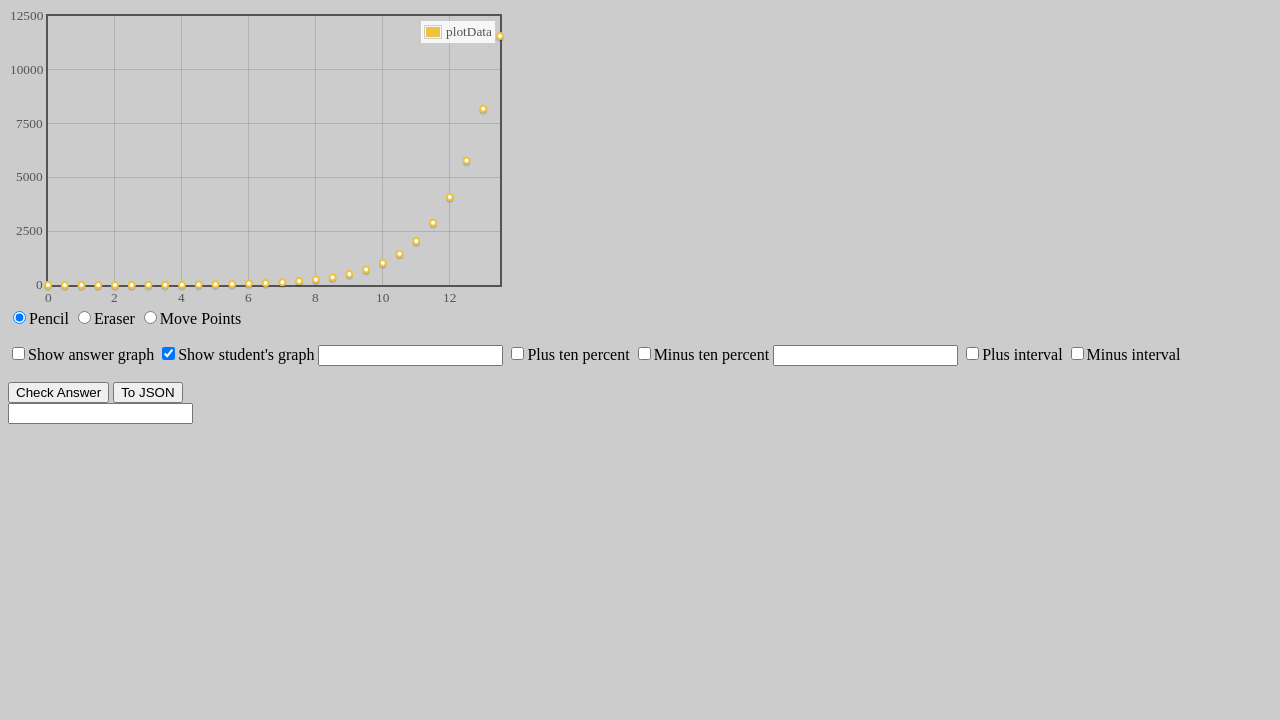
Repository: danmartelly/601autogradeGraphs
Page: flotSketching/test.html
These files come from the project's save history. The page is drawn as it stood at one moment and after the next save; the edit follows.
The browser window is 1280 px wide. The pictures show the whole page.

Above is the page before, as saved 2014-01-30 20:23:45.

### flotSketching/test.html
<html>
<head>
	<title>Let's try Flot</title>
	<link href="test.css" rel="stylesheet" type="text/css">
	<script type="text/javascript" src="flot/jquery.js"></script>
	<script type="text/javascript" src="flot/jquery.flot.js"></script>
	<script type="text/javascript" src="jquery.flot.drawing.js"></script>
	<script type="text/javascript" src="JSON.js"></script>
	<script type="text/javascript" src="test.js"></script>
</head>
<body>
	<div class="flotContainer">
		<div class="flotPlaceholder" style="width:500px;height:300px"></div>
		<form>
			<input class="flotPencilRadio" type="radio" checked="checked">Pencil
			<input class="flotEraserRadio" type="radio">Eraser
			<input class="flotMovePointRadio" type="radio">Move Points
		</form>
		<form id="showGraphs">
		<input id="answerCheckbox" type="checkbox" name="tool" value="answerGraph">Show answer graph
			<input id="studentCheckbox" type="checkbox" name="tool" value="studentGraph" checked="checked">Show student's graph
			<input id="percentAmount" type="text" name="tool">
			<input id="plusPercent" type="checkbox" name="tool" value="plusPercent">Plus ten percent
			<input id="minusPercent" type="checkbox" name="tool" value="minusPercent">Minus ten percent
			<input id="intervalAmount" type="text" name="tool">
			<input id="plusInterval" type="checkbox" name="tool" value="plusInterval">Plus interval
			<input id="minusInterval" type="checkbox" name="tool" value="minusInterval">Minus interval
		</form>
		<button id="compareButton" type="button">Check Answer</button>
		<button id="toJSON" type="button">To JSON</button>
		<div id="feedback">
		</div>
		<input type="text" id="jsonText">
	</div>


</body>
</html>

### flotSketching/test.css
body {
	background-color: #CCCCCC;
}

#content {
	width: 880px;
}

.demo-container {
	width: 700px;
	height: 350px;
}

.demo-placeholder {
	width: 100%;
	height: 100%;
}

### flotSketching/test.js
$(function() {
	function genericSin(x, amp, freq, xShift, offset) {
		return amp*Math.sin(2*Math.PI*freq*(x - xShift)) + offset;
	}
	function genericExp(x, initial, factor, timeConst, xShift, offset) {
		return initial*Math.pow(factor,((x-xShift)/timeConst)) + offset;
	}

	var answerData = {
		label: "answerData"
		, data: []
		, points: {show: true}
	};
	for (var i = 0; i < 14; i += 0.5) {
		answerData.data.push([i, genericExp(i, 1, 2, 1, 0, 0)]);
	}

	var plotData = {
		label: "plotData"
		, data: []
		, points: {show: true}
	};

	for (var i = 0; i < 14; i += 0.5) {
//		plotData.data.push([i, genericSin(i, 2.15452795, 0.99964759, 0.99957028, 0.04148915)]);
		plotData.data.push([i, genericExp(i, 4.1239, 1.907, .9314, 2.044, 0)]);
	}

	var studentData = {
		label: "studentData"
		, data: []
		, points: { show: true }
		, lines: { show: true }
	};
	var plot = null;

	var rePlot = function() {
		elements = $(".flotPlaceholder");
		elements.each(function () {

			var allData = [];
			if ($(this).find(".studentCheckbox").prop("checked")) {
				allData.push(studentData);
			}
			if ($(this).find(".answerCheckbox").prop("checked")) {
				allData.push(answerData);
			}
			allData.push(plotData);

			var percentage = parseFloat($(this).find(".percentAmount").val());
			if ($(this).find(".plusPercent").prop("checked")) {
				var change = 1 + percentage;
				var moreData = [];
				$.each(answerData.data, function(index, value) {
					moreData.push([value[0], value[1]*change]);
				});
				allData.push({
					label: "plusPercent"
					, data: moreData
				});
			}
			if ($(this).find(".minusPercent").prop("checked")) {
				var change = 1 - percentage;
				var moreData = [];
				$.each(answerData.data, function(index, value) {
					moreData.push([value[0], value[1]*change]);
				});
				allData.push({
					label: "minusPercent"
					, data: moreData
				});
			}
			var interval = parseFloat($(this).find(".intervalAmount").val(), 10);
			if ($(this).find(".plusInterval").prop("checked")) {
				var moreData = [];
				$.each(answerData.data, function(index, value) {
					moreData.push([value[0], value[1]+interval]);
				});
				allData.push({
					label: "plusInterval"
					, data: moreData
				});
			}
			if ($(this).find(".minusInterval").prop("checked")) {
				var moreData = [];
				$.each(answerData.data, function(index, value) {
					moreData.push([value[0], value[1]-interval]);
				});
				allData.push({
					label: "minusInterval"
					, data: moreData
				});
			}

			$(this).plot = $.plot($(this), allData, {});
		});
	};
	rePlot();
	console.log($(".flotPlaceholder")[0]);

	$("#placeholder").bind("plothover", function (event, pos, item) {
		//mouse position
		var str = "mouse: (" + pos.x.toFixed(2) + ", " + pos.y.toFixed(2) + ")";
		//check datapoint
		if (item) {
			var x = item.datapoint[0].toFixed(2),
				y = item.datapoint[1].toFixed(2);
			str += "\nData: (" + x + ", " + y + ")";
		}
		$("#feedback").text(str);
	});

	$("#showGraphs").change(rePlot);

	$("#compareButton").click(function(e) {
		var xaxis = plot.getAxes().xaxis;
		var minx = xaxis.datamin;
		var maxx = xaxis.datamax;
		var s = plot.getData();
		var refArray = s[1].data;
		var otherArray = s[0].data;
		var compareResult = compareData(refArray, otherArray, minx, maxx, (maxx-minx)/10);
		$("#feedback").text(compareResult["variance"]);
	});

	$("#toJSON").click(function(e) {
		var jsonData = JSON.stringify(plot.getData());
		$("#jsonText").val(jsonData);
	});

	// way to compare the data
	function compareData(refArray, otherArray, loLimit, hiLimit, interval) {
		// find variance
		var variance;
		var counter = 0;
		var squareTotal = 0;
		for (var x = loLimit; x <= hiLimit; x = x + interval) {
			counter++;
			var refy = linearInterpolate(refArray, x);
			var othery = linearInterpolate(otherArray, x);
			squareTotal += Math.pow((refy - othery), 2);
		}
		variance = squareTotal/counter;
		return {
			"variance":variance,
		};
	}

	// Take in an array and an x value, and linearly interpolate to find the
	// associated y value
	function linearInterpolate(dataArray, x) {
		var before = null, after = null;
		for (var i = 0; i < dataArray.length; i++) {
			if (dataArray[i][0] > x) {
				after = dataArray[i];
				before = dataArray[i-1];
				break;
			}
		}
		if (before == undefined) {
			return after[1];
		} else {
			//linearly interpolate at this point
			var x0 = before[0];
			var y0 = before[1];
			var x1 = after[0];
			var y1 = after[1];
			return y0 + (y1 - y0)*(x - x0)/(x1 - x0);
		}
	}


});

Loaded but not shown: flotSketching/flot/jquery.js (library); flotSketching/flot/jquery.flot.js (library); flotSketching/jquery.flot.drawing.js (library); flotSketching/JSON.js (486 lines, source omitted)

After the next save:
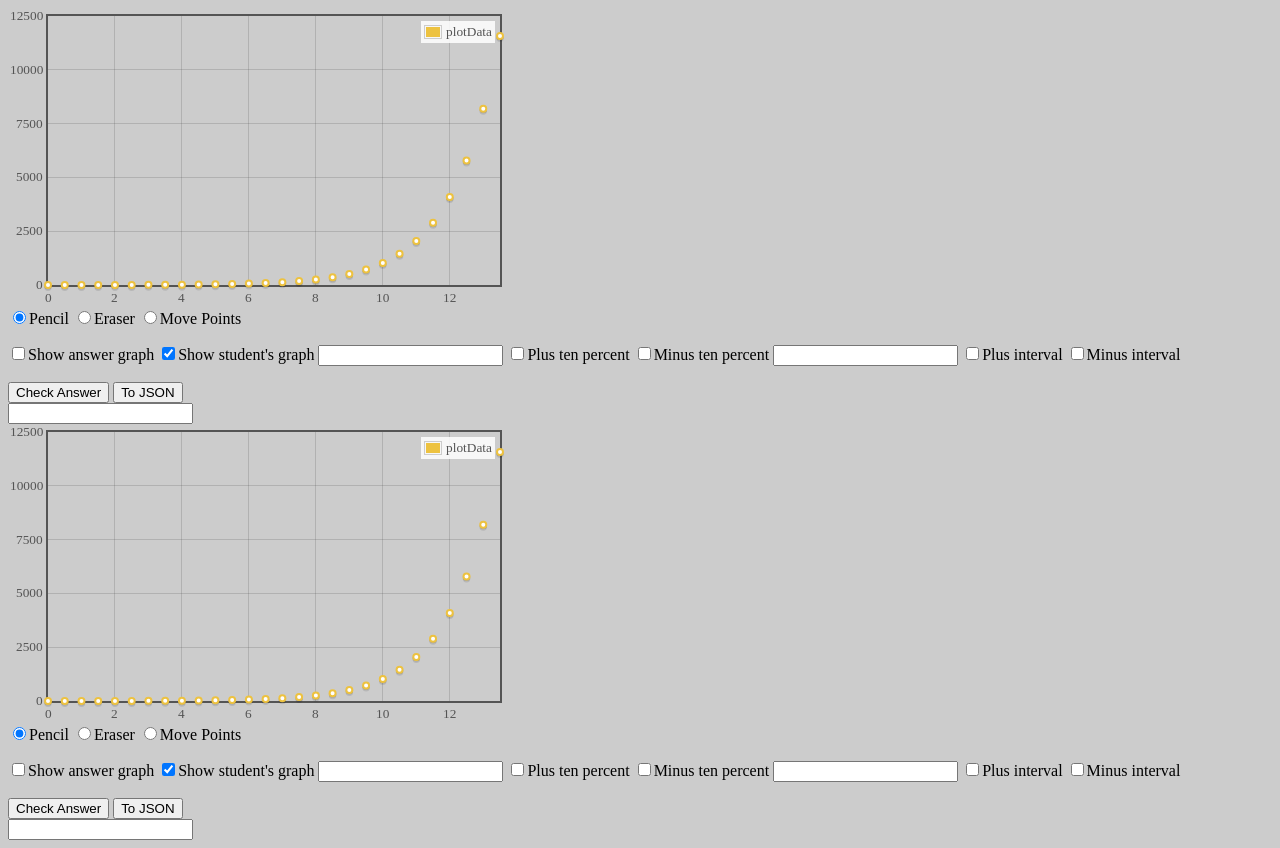
Saved 41 s later.
--- a/flotSketching/test.html
+++ b/flotSketching/test.html
@@ -12,27 +12,49 @@
 	<div class="flotContainer">
 		<div class="flotPlaceholder" style="width:500px;height:300px"></div>
 		<form>
-			<input class="flotPencilRadio" type="radio" checked="checked">Pencil
-			<input class="flotEraserRadio" type="radio">Eraser
-			<input class="flotMovePointRadio" type="radio">Move Points
+			<input class="flotPencilRadio" type="radio" name="tool" checked="checked">Pencil
+			<input class="flotEraserRadio" type="radio" name="tool">Eraser
+			<input class="flotMovePointRadio" type="radio" name="tool">Move Points
 		</form>
-		<form id="showGraphs">
-		<input id="answerCheckbox" type="checkbox" name="tool" value="answerGraph">Show answer graph
-			<input id="studentCheckbox" type="checkbox" name="tool" value="studentGraph" checked="checked">Show student's graph
-			<input id="percentAmount" type="text" name="tool">
-			<input id="plusPercent" type="checkbox" name="tool" value="plusPercent">Plus ten percent
-			<input id="minusPercent" type="checkbox" name="tool" value="minusPercent">Minus ten percent
-			<input id="intervalAmount" type="text" name="tool">
-			<input id="plusInterval" type="checkbox" name="tool" value="plusInterval">Plus interval
-			<input id="minusInterval" type="checkbox" name="tool" value="minusInterval">Minus interval
+		<form class="showGraphs">
+		<input class="answerCheckbox" type="checkbox" name="tool" value="answerGraph">Show answer graph
+			<input class="studentCheckbox" type="checkbox" name="tool" value="studentGraph" checked="checked">Show student's graph
+			<input class="percentAmount" type="text" name="tool">
+			<input class="plusPercent" type="checkbox" name="tool" value="plusPercent">Plus ten percent
+			<input class="minusPercent" type="checkbox" name="tool" value="minusPercent">Minus ten percent
+			<input class="intervalAmount" type="text" name="tool">
+			<input class="plusInterval" type="checkbox" name="tool" value="plusInterval">Plus interval
+			<input class="minusInterval" type="checkbox" name="tool" value="minusInterval">Minus interval
 		</form>
-		<button id="compareButton" type="button">Check Answer</button>
-		<button id="toJSON" type="button">To JSON</button>
-		<div id="feedback">
+		<button class="compareButton" type="button">Check Answer</button>
+		<button class="toJSON" type="button">To JSON</button>
+		<div class="feedback">
 		</div>
-		<input type="text" id="jsonText">
+		<input type="text" class="jsonText">
 	</div>
 
-
+	<div class="flotContainer">
+		<div class="flotPlaceholder" style="width:500px;height:300px"></div>
+		<form>
+			<input class="flotPencilRadio" type="radio" name="tool" checked="checked">Pencil
+			<input class="flotEraserRadio" type="radio" name="tool">Eraser
+			<input class="flotMovePointRadio" type="radio" name="tool">Move Points
+		</form>
+		<form class="showGraphs">
+		<input class="answerCheckbox" type="checkbox" name="tool" value="answerGraph">Show answer graph
+			<input class="studentCheckbox" type="checkbox" name="tool" value="studentGraph" checked="checked">Show student's graph
+			<input class="percentAmount" type="text" name="tool">
+			<input class="plusPercent" type="checkbox" name="tool" value="plusPercent">Plus ten percent
+			<input class="minusPercent" type="checkbox" name="tool" value="minusPercent">Minus ten percent
+			<input class="intervalAmount" type="text" name="tool">
+			<input class="plusInterval" type="checkbox" name="tool" value="plusInterval">Plus interval
+			<input class="minusInterval" type="checkbox" name="tool" value="minusInterval">Minus interval
+		</form>
+		<button class="compareButton" type="button">Check Answer</button>
+		<button class="toJSON" type="button">To JSON</button>
+		<div class="feedback">
+		</div>
+		<input type="text" class="jsonText">
+	</div>
 </body>
 </html>
